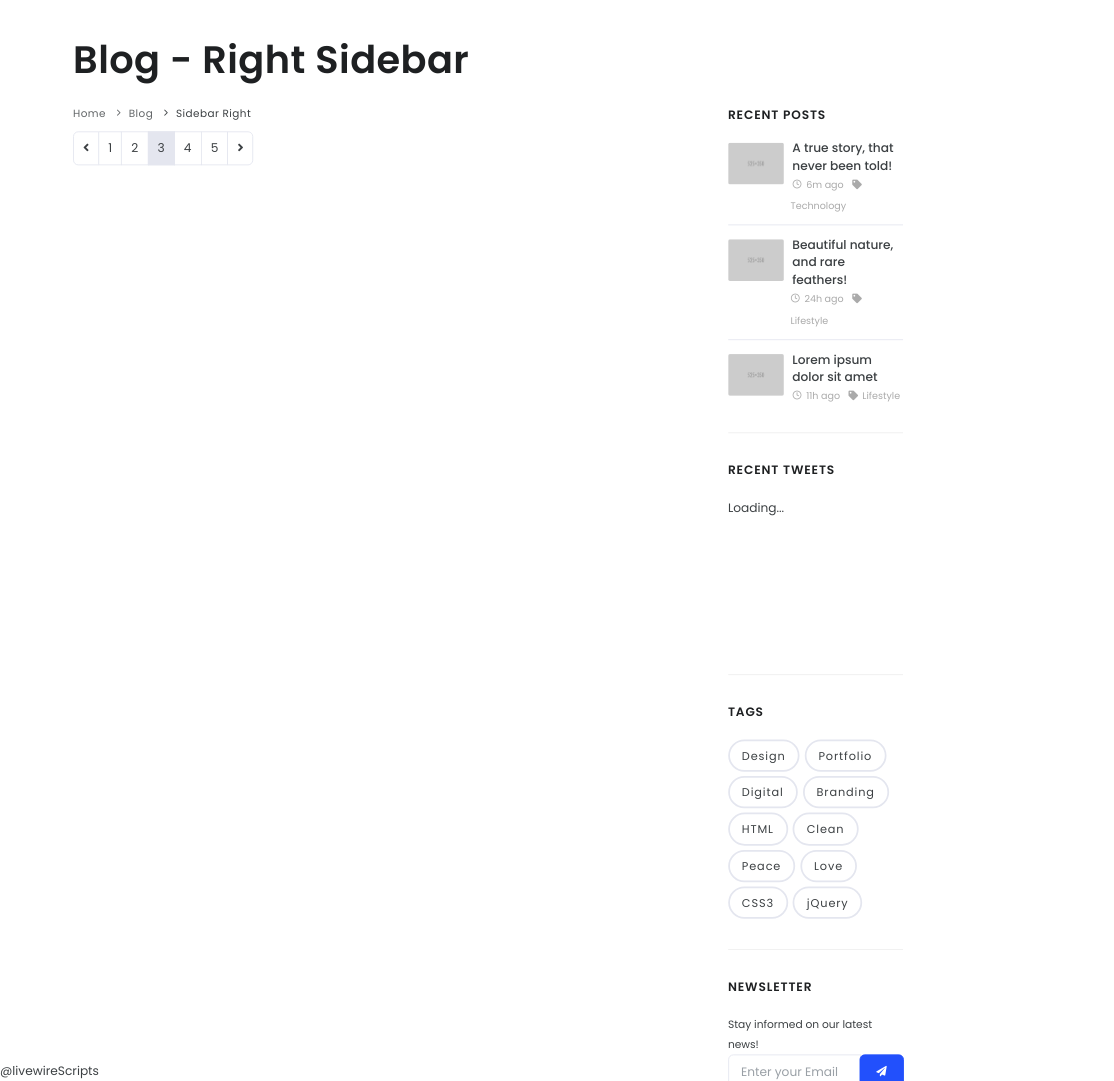
Repository: gavinj1999/burblings
Page: http://localhost/posts
These files come from the project's save history. The page is drawn as it stood at one moment and after the next save; the edit follows.
The browser window is 1280 px wide. The pictures show the whole page, at 87% of full size.
The page is served by the project's Laravel application, run on PHP 8.4 with Laravel 10. Queries for data that is not in the repository find no rows.

Above is the page before, as saved 2023-09-26 22:40:30.

After the next save:
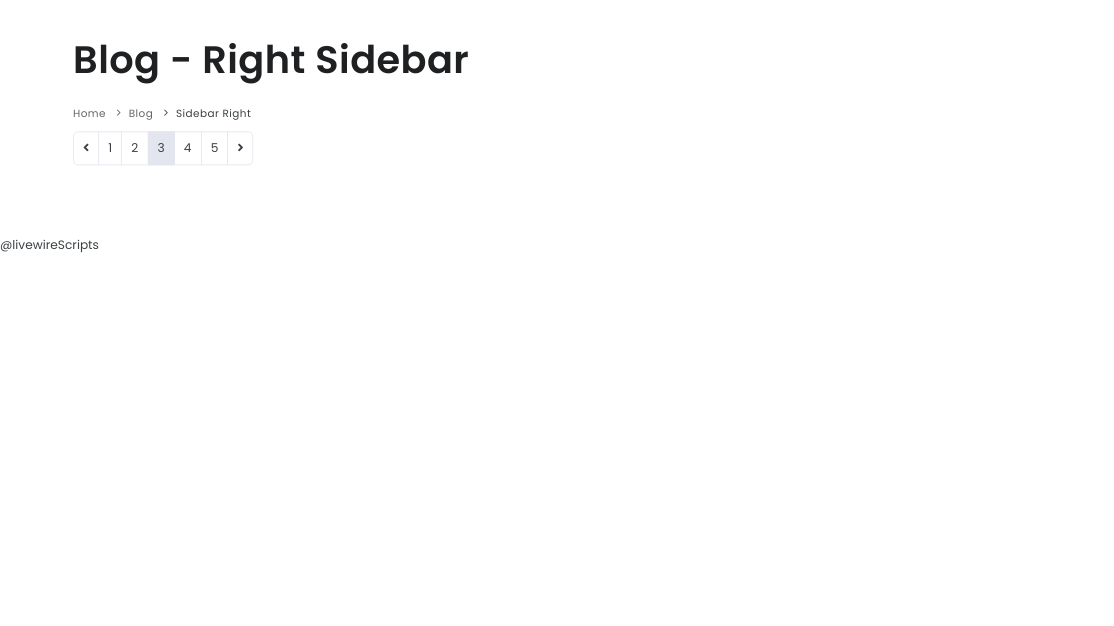
Saved 95 s later.
--- a/resources/views/posts/posts.blade.php
+++ b/resources/views/posts/posts.blade.php
@@ -42,76 +42,7 @@
                 <!-- end: Pagination -->
             </div>
             <!-- end: post content -->
-            <!-- Sidebar-->
-            <div class="sidebar sticky-sidebar col-lg-3" style="position: relative; overflow: visible; box-sizing: border-box; min-height: 1139.71px;">
-                <!--Tabs with Posts-->
-
-                <!--End: Tabs with Posts-->
-                <!-- Twitter widget -->
-
-                <!-- end: Twitter widget-->
-                <!--widget tags -->
-
-                <!--end: widget tags -->
-                <!--widget newsletter-->
-
-                <!--end: widget newsletter-->
-            <div class="theiaStickySidebar" style="padding-top: 0px; padding-bottom: 1px; position: fixed; transform: translateY(120px); top: 0px; left: 836.667px; width: 201px;"><div class="widget ">
-                    <h4 class="widget-title">Recent Posts</h4>
-                    <div class="post-thumbnail-list">
-                        <div class="post-thumbnail-entry">
-                            <img alt="" src="images/blog/thumbnail/5.jpg">
-                            <div class="post-thumbnail-content">
-                                <a href="#">A true story, that never been told!</a>
-                                <span class="post-date"><i class="icon-clock"></i> 6m ago</span>
-                                <span class="post-category"><i class="fa fa-tag"></i> Technology</span>
-                            </div>
-                        </div>
-                        <div class="post-thumbnail-entry">
-                            <img alt="" src="images/blog/thumbnail/6.jpg">
-                            <div class="post-thumbnail-content">
-                                <a href="#">Beautiful nature, and rare feathers!</a>
-                                <span class="post-date"><i class="icon-clock"></i> 24h ago</span>
-                                <span class="post-category"><i class="fa fa-tag"></i> Lifestyle</span>
-                            </div>
-                        </div>
-                        <div class="post-thumbnail-entry">
-                            <img alt="" src="images/blog/thumbnail/7.jpg">
-                            <div class="post-thumbnail-content">
-                                <a href="#">Lorem ipsum dolor sit amet</a>
-                                <span class="post-date"><i class="icon-clock"></i> 11h ago</span>
-                                <span class="post-category"><i class="fa fa-tag"></i> Lifestyle</span>
-                            </div>
-                        </div>
-                    </div>
-                </div><div class="widget widget-tweeter" data-username="envato" data-limit="2">
-                    <h4 class="widget-title">Recent Tweets</h4>
-                <div id="twitter-cnt"><span>Loading...</span></div></div><div class="widget  widget-tags">
-                    <h4 class="widget-title">Tags</h4>
-                    <div class="tags">
-                        <a href="#">Design</a>
-                        <a href="#">Portfolio</a>
-                        <a href="#">Digital</a>
-                        <a href="#">Branding</a>
-                        <a href="#">HTML</a>
-                        <a href="#">Clean</a>
-                        <a href="#">Peace</a>
-                        <a href="#">Love</a>
-                        <a href="#">CSS3</a>
-                        <a href="#">jQuery</a>
-                    </div>
-                </div><div class="widget  widget-newsletter">
-                    <form class="widget-subscribe-form" novalidate="" action="include/subscribe-form.php" role="form" method="post">
-                        <h4 class="widget-title">Newsletter</h4>
-                        <small>Stay informed on our latest news!</small>
-                        <div class="input-group">
-                            <input type="email" required="" name="widget-subscribe-form-email" class="form-control required email" placeholder="Enter your Email">
-                            <span class="input-group-btn">
-                                <button type="submit" id="widget-subscribe-submit-button" class="btn btn-primary"><i class="fa fa-paper-plane"></i></button>
-                            </span> <div data-lastpass-icon-root="true" style="position: relative !important; height: 0px !important; width: 0px !important; float: left !important;"></div></div>
-                    </form>
-                </div></div></div>
-            <!-- end: Sidebar-->
+            <livewire:app.sidebar/>
         </div>
     </div>
 </section>
